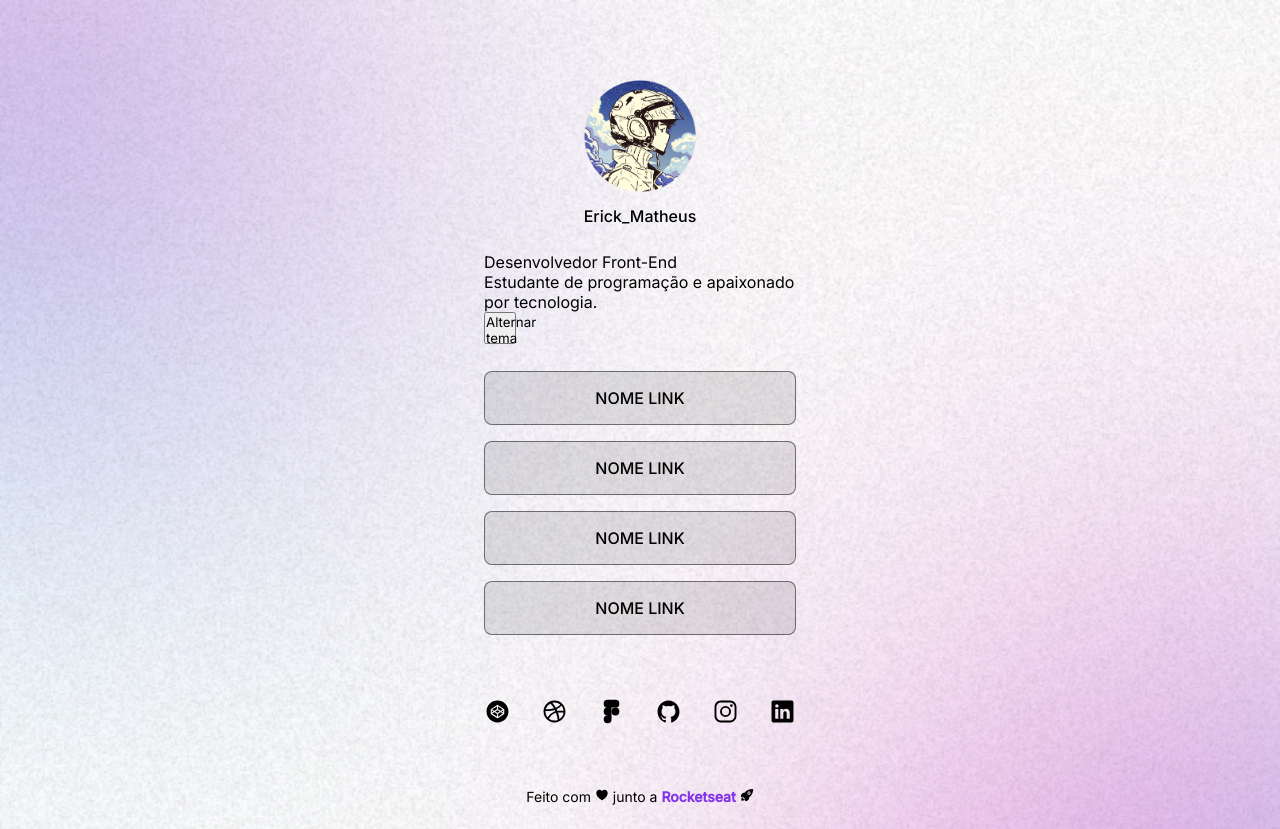
Repository: e-rickmatheus/project_dev_links
Page: index.html
These files come from the project's save history. The page is drawn as it stood at one moment and after a run of saves; the edit follows.
The browser window is 1280 px wide. The pictures show the whole page.

Above is the page before, as saved 2025-04-03 19:57:29.

After the next 3 saves:
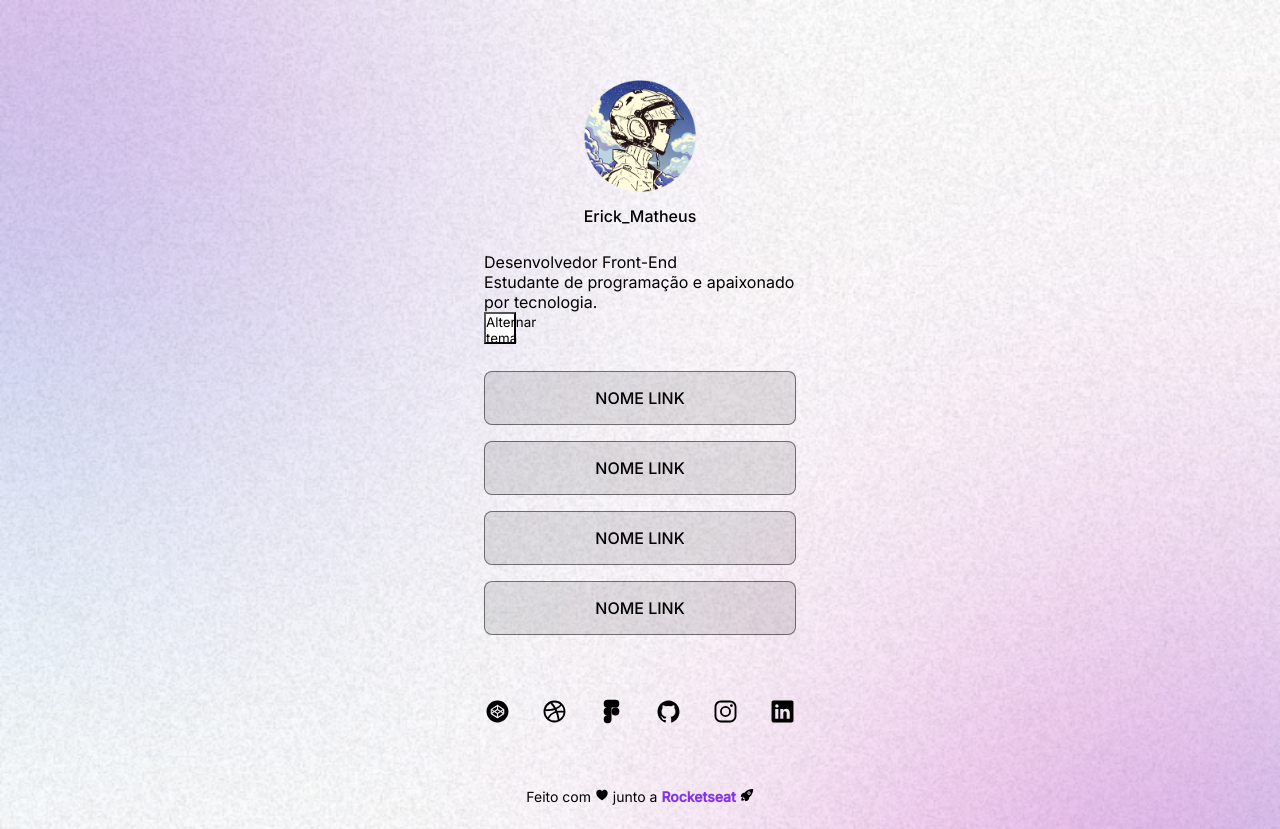
The 3 saves are shown as one change because they came seconds apart.
The last was saved 9 s later.
--- a/style.css
+++ b/style.css
@@ -95,7 +95,7 @@ body * { /* todos os elementos dentro do body */
 #switch button{
 width: 32px;
 height: 32px;
-
+background: white;
 }
 
 
